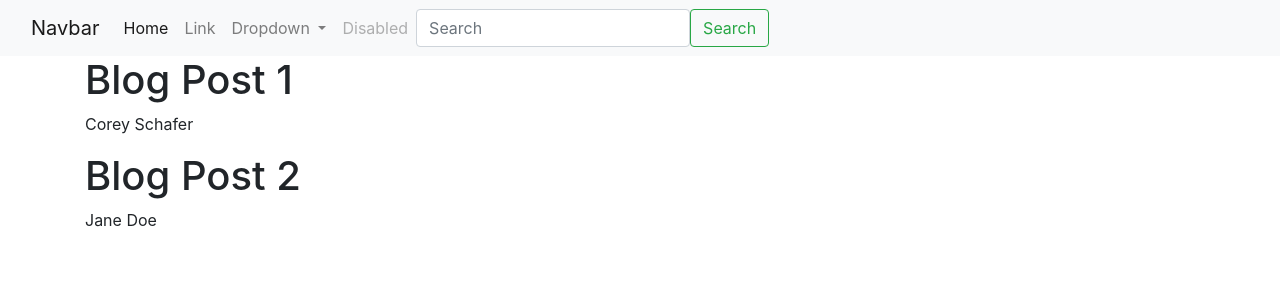
Repository: khanhdk0000/first_proj
Page: http://localhost/
An editor plug-in stored every save of this project. The page is shown before and after the next save, followed by the edit.
The browser window is 1280 px wide. The pictures show the whole page.
The page is served by the project's application, run on Flask 3 (flaskblog.py).

Above is the page before, as saved 2021-05-24 22:22:15.

### templates/home.html
{% extends "layout.html" %}
{% block content %}
    {% for post in posts %}
            <h1>{{post.title}}</h1>
            <p>{{ post.author }}</p>
    {% endfor %}
{% endblock content %}

### templates/layout.html
<!DOCTYPE html>
<html>
<head>
     <!-- Required meta tags -->
     <meta charset="utf-8">
     <meta name="viewport" content="width=device-width, initial-scale=1, shrink-to-fit=no">

     <!-- Bootstrap CSS -->
     <link rel="stylesheet" href="https://stackpath.bootstrapcdn.com/bootstrap/4.3.1/css/bootstrap.min.css" integrity="sha384-ggOyR0iXCbMQv3Xipma34MD+dH/1fQ784/j6cY/iJTQUOhcWr7x9JvoRxT2MZw1T" crossorigin="anonymous">


    {% if title %}
        <title>{{title}}</title>
    {% else %}
        <title>Flask blog</title>
    {% endif %}
</head>
<body>
    <nav class="navbar navbar-expand-lg navbar-light bg-light">
        <div class="container-fluid">
          <a class="navbar-brand" href="#">Navbar</a>
          <button class="navbar-toggler" type="button" data-bs-toggle="collapse" data-bs-target="#navbarSupportedContent" aria-controls="navbarSupportedContent" aria-expanded="false" aria-label="Toggle navigation">
            <span class="navbar-toggler-icon"></span>
          </button>
          <div class="collapse navbar-collapse" id="navbarSupportedContent">
            <ul class="navbar-nav me-auto mb-2 mb-lg-0">
              <li class="nav-item">
                <a class="nav-link active" aria-current="page" href="#">Home</a>
              </li>
              <li class="nav-item">
                <a class="nav-link" href="#">Link</a>
              </li>
              <li class="nav-item dropdown">
                <a class="nav-link dropdown-toggle" href="#" id="navbarDropdown" role="button" data-bs-toggle="dropdown" aria-expanded="false">
                  Dropdown
                </a>
                <ul class="dropdown-menu" aria-labelledby="navbarDropdown">
                  <li><a class="dropdown-item" href="#">Action</a></li>
                  <li><a class="dropdown-item" href="#">Another action</a></li>
                  <li><hr class="dropdown-divider"></li>
                  <li><a class="dropdown-item" href="#">Something else here</a></li>
                </ul>
              </li>
              <li class="nav-item">
                <a class="nav-link disabled" href="#" tabindex="-1" aria-disabled="true">Disabled</a>
              </li>
            </ul>
            <form class="d-flex">
              <input class="form-control me-2" type="search" placeholder="Search" aria-label="Search">
              <button class="btn btn-outline-success" type="submit">Search</button>
            </form>
          </div>
        </div>
    </nav>


    <div class="container">
        {% block content %}{% endblock %}
    </div>


    <script src="https://code.jquery.com/jquery-3.3.1.slim.min.js" integrity="sha384-q8i/X+965DzO0rT7abK41JStQIAqVgRVzpbzo5smXKp4YfRvH+8abtTE1Pi6jizo" crossorigin="anonymous"></script>
    <script src="https://cdnjs.cloudflare.com/ajax/libs/popper.js/1.14.7/umd/popper.min.js" integrity="sha384-UO2eT0CpHqdSJQ6hJty5KVphtPhzWj9WO1clHTMGa3JDZwrnQq4sF86dIHNDz0W1" crossorigin="anonymous"></script>
    <script src="https://stackpath.bootstrapcdn.com/bootstrap/4.3.1/js/bootstrap.min.js" integrity="sha384-JjSmVgyd0p3pXB1rRibZUAYoIIy6OrQ6VrjIEaFf/nJGzIxFDsf4x0xIM+B07jRM" crossorigin="anonymous"></script>
</body>
</html>

### flaskblog.py
from flask import Flask, render_template
app = Flask(__name__)


posts = [
    {
        'author': 'Corey Schafer',
        'title': 'Blog Post 1',
        'content': 'First post content',
        'date_posted': 'April 20, 2018'
    },
    {
        'author': 'Jane Doe',
        'title': 'Blog Post 2',
        'content': 'Second post content',
        'date_posted': 'April 21, 2018'
    }
]

@app.route('/')
@app.route('/home')
def hello_world():
    return render_template('home.html', posts=posts, title='Hey')

@app.route('/about')
def about():
    return render_template('about.html', posts=posts)

if __name__ == '__main__':
    app.run(debug=True)

After the next save:
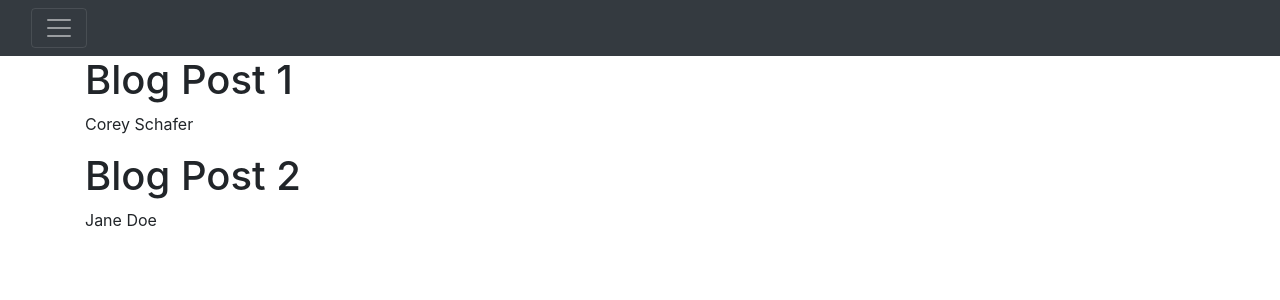
Saved 5 min 24 s later.
--- a/templates/layout.html
+++ b/templates/layout.html
@@ -16,43 +16,19 @@
     {% endif %}
 </head>
 <body>
-    <nav class="navbar navbar-expand-lg navbar-light bg-light">
+    <div class="collapse" id="navbarToggleExternalContent">
+        <div class="bg-dark p-4">
+          <h5 class="text-white h4">Collapsed content</h5>
+          <span class="text-muted">Toggleable via the navbar brand.</span>
+        </div>
+      </div>
+      <nav class="navbar navbar-dark bg-dark">
         <div class="container-fluid">
-          <a class="navbar-brand" href="#">Navbar</a>
-          <button class="navbar-toggler" type="button" data-bs-toggle="collapse" data-bs-target="#navbarSupportedContent" aria-controls="navbarSupportedContent" aria-expanded="false" aria-label="Toggle navigation">
+          <button class="navbar-toggler" type="button" data-bs-toggle="collapse" data-bs-target="#navbarToggleExternalContent" aria-controls="navbarToggleExternalContent" aria-expanded="false" aria-label="Toggle navigation">
             <span class="navbar-toggler-icon"></span>
           </button>
-          <div class="collapse navbar-collapse" id="navbarSupportedContent">
-            <ul class="navbar-nav me-auto mb-2 mb-lg-0">
-              <li class="nav-item">
-                <a class="nav-link active" aria-current="page" href="#">Home</a>
-              </li>
-              <li class="nav-item">
-                <a class="nav-link" href="#">Link</a>
-              </li>
-              <li class="nav-item dropdown">
-                <a class="nav-link dropdown-toggle" href="#" id="navbarDropdown" role="button" data-bs-toggle="dropdown" aria-expanded="false">
-                  Dropdown
-                </a>
-                <ul class="dropdown-menu" aria-labelledby="navbarDropdown">
-                  <li><a class="dropdown-item" href="#">Action</a></li>
-                  <li><a class="dropdown-item" href="#">Another action</a></li>
-                  <li><hr class="dropdown-divider"></li>
-                  <li><a class="dropdown-item" href="#">Something else here</a></li>
-                </ul>
-              </li>
-              <li class="nav-item">
-                <a class="nav-link disabled" href="#" tabindex="-1" aria-disabled="true">Disabled</a>
-              </li>
-            </ul>
-            <form class="d-flex">
-              <input class="form-control me-2" type="search" placeholder="Search" aria-label="Search">
-              <button class="btn btn-outline-success" type="submit">Search</button>
-            </form>
-          </div>
         </div>
-    </nav>
-
+      </nav>
 
     <div class="container">
         {% block content %}{% endblock %}
